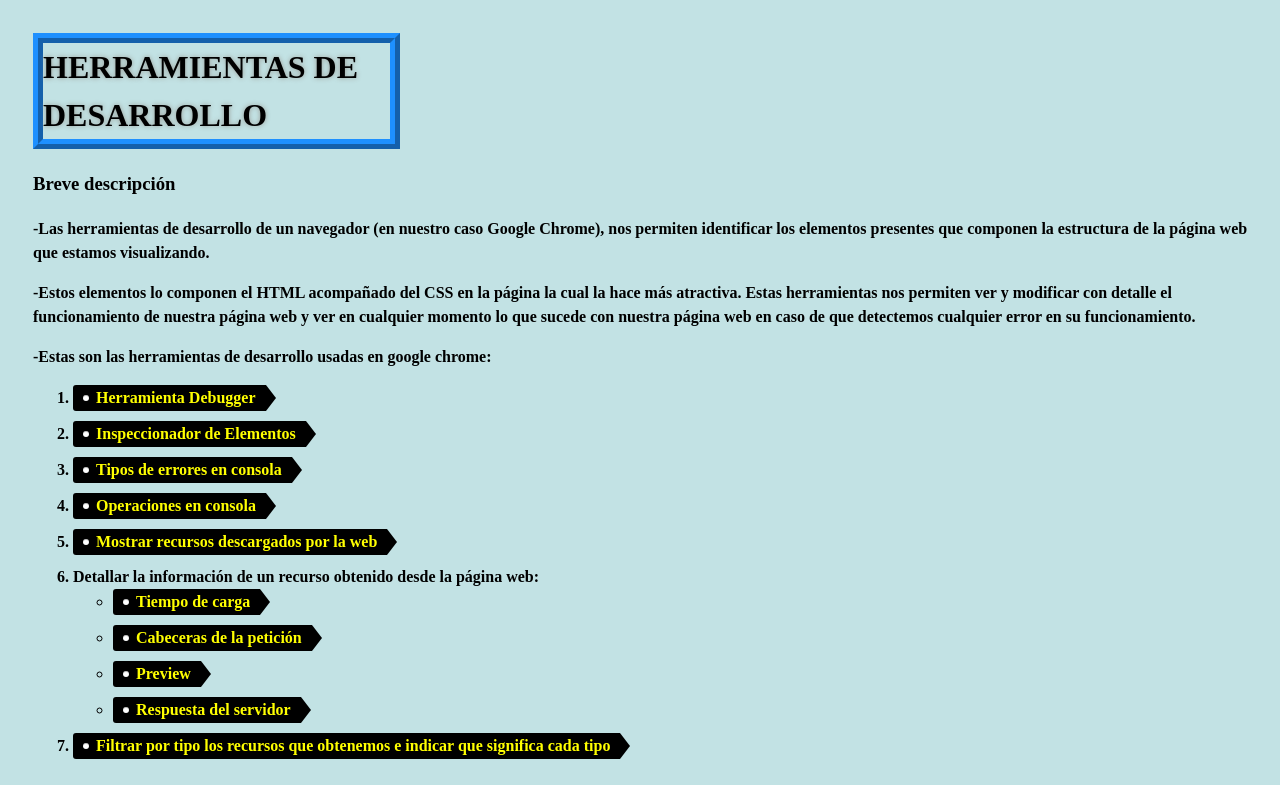
Repository: VictorinoBF97/HerramientasDesarollo
Page: indice.html
The author's editor kept a copy of each file at every save. The page is drawn from the files as they stood at one save, then again after the next save.
The browser window is 1280 px wide. The pictures show the whole page.

Above is the page before, as saved 2018-11-26 09:18:31.
Console error: SyntaxError: Unexpected token '{'

### indice.html
<!DOCTYPE <!DOCTYPE html>
<html>
<head>
    <meta charset="utf-8" />
    <meta http-equiv="X-UA-Compatible" content="IE=edge">
    <title>FUNCIONALIDADES HERRAMIENTAS DE DESARROLLO PARA GOOGLE CHROME</title>
    <meta name="viewport" content="width=device-width, initial-scale=1">
    <link rel="stylesheet" type="text/css" media="screen" href="./css/styles.css" />
    <script src="./javascript/fondo.js"></script>
</head>
<body>
    <div>
    <h1 class="titulo">HERRAMIENTAS DE DESARROLLO</h1>
    </div>
    <h3>Breve descripción</h3>
    <div class="contenido">
        <p>-Las herramientas de desarrollo de un navegador (en nuestro caso Google Chrome),
        nos permiten identificar los elementos presentes que componen la estructura de la
        página web que estamos visualizando.</p>
        <p>-Estos elementos lo componen el HTML acompañado
        del CSS en la página la cual la hace más atractiva. Estas herramientas nos permiten
        ver y modificar con detalle el funcionamiento de nuestra página web y ver en cualquier
        momento lo que sucede con nuestra página web en caso de que detectemos cualquier error
        en su funcionamiento.</p>
    </div>
    <div>
        -Estas son las herramientas de desarrollo usadas en google chrome:
    </div>

    <ol class="indice">
        <li><a href="./debugger.html" target="_self">Herramienta Debugger</a></li>

        <li><a href="./inspeccionarElemento.html" target="_self">Inspeccionador de Elementos</a></li>

        <li><a href="./tiposErrores.html" target="_self">Tipos de errores en consola</a></li>

        <li><a href="./operaciones.html" target="_self">Operaciones en consola</a></li>

        <li><a href="./mostrarRecursos.html" target="_self">Mostrar recursos descargados por la web</a></li>

        <li>Detallar la información de un recurso obtenido desde la página web:</a>
            <ul>
                <li><a href="timing.html" target="_self">Tiempo de carga</a></li>
                <li><a href="headers.html" target="_self">Cabeceras de la petición</a></li>
                <li><a href="preview.html" target="_self">Preview</a></li>
                <li><a href="response.html" target="_self">Respuesta del servidor</a></li>
            </ul>
        </li>

        <li><a href="./informacionRecursos.html" target="_self">Filtrar por tipo los recursos que obtenemos e indicar que significa cada tipo</a></li>
    </ol>


</body>
</html>

### css/styles.css
html{
    background-color: rgb(194, 226, 228);
}

.titulo{
    text-shadow: 0px 0px 5px rgb(152, 153, 147);
    border: 10px ridge #1E90FF;
    width: 28%;

}
body{
    font: 16px/1.5 'PT Sans', serif;
    font-weight: bold;
    overflow: hidden;
    padding-left: 25px;
    padding-top: 25px;
}

.indice{

}
a{
    background: rgb(0, 0, 0);
  border-radius: 3px 0 0 3px;
  color: yellow;
  display: inline-block;
  height: 26px;
  line-height: 26px;
  padding: 0 20px 0 23px;
  position: relative;
  margin: 0 10px 10px 0;
  text-decoration: none;
  -webkit-transition: color 0.2s;
}
a::before {
    background: #fff;
    border-radius: 10px;
    box-shadow: inset 0 1px rgba(0, 0, 0, 0.25);
    content: '';
    height: 6px;
    left: 10px;
    position: absolute;
    width: 6px;
    top: 10px;
  }

  a::after {
    background: rgb(194, 226, 228);
    border-bottom: 13px solid transparent;
    border-left: 10px solid black;
    border-top: 13px solid transparent;
    content: '';
    position: absolute;
    right: 0;
    top: 0;
  }

  a:hover {
    background-color: crimson;
    color: white;
  }

  a:hover::after {
     border-left-color: crimson;
  }

  /* VOLVER AL ÍNDICE */
  .volver::after{
    background:rgb(194, 226, 228);
    border-bottom: 13px solid transparent;
    border-left: 10px solid black;
    border-top: 13px solid transparent;
    content: '';
    position: absolute;
    right: 0;
    top: 0;

  }

  .volver:hover {
    background-color: crimson;
    color: white;
  }

  .volver:hover::after {
     border-right-color: crimson;
  }

### javascript/fondo.js
body {
    background: radial-gradient(black 15%, transparent 16%) 0 0, radial-gradient(black 15%, transparent 16%) 8px 8px, radial-gradient(rgba(255,255,255,.1) 15%, transparent 20%) 0 1px, radial-gradient(rgba(255,255,255,.1) 15%, transparent 20%) 8px 9px;
    background-color:#282828;
    background-size:16px 16px;

    // Background not created by me
    // Resource: http://lea.verou.me/css3patterns/#carbon-fibre
  }

After the next save:
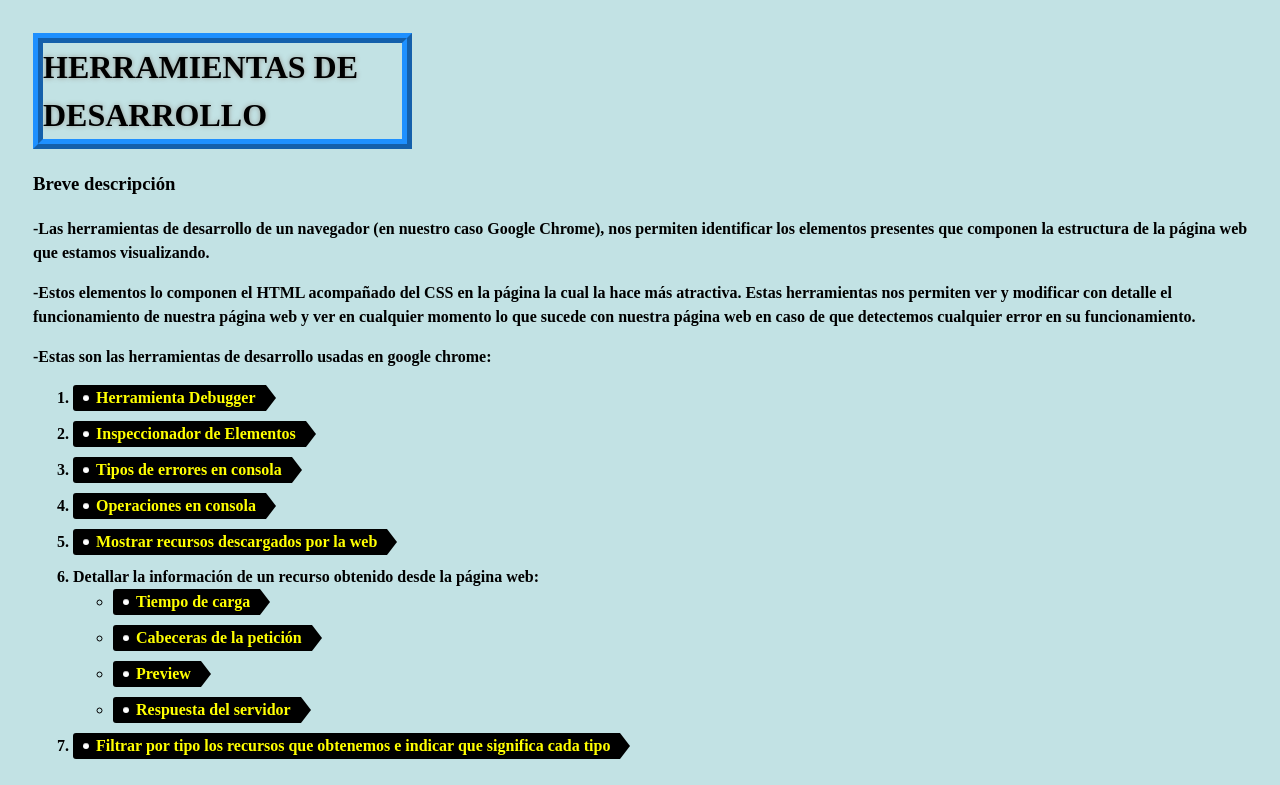
Saved 6 s later.
--- a/css/styles.css
+++ b/css/styles.css
@@ -5,7 +5,7 @@ html{
 .titulo{
     text-shadow: 0px 0px 5px rgb(152, 153, 147);
     border: 10px ridge #1E90FF;
-    width: 28%;
+    width: 29%;
 
 }
 body{
